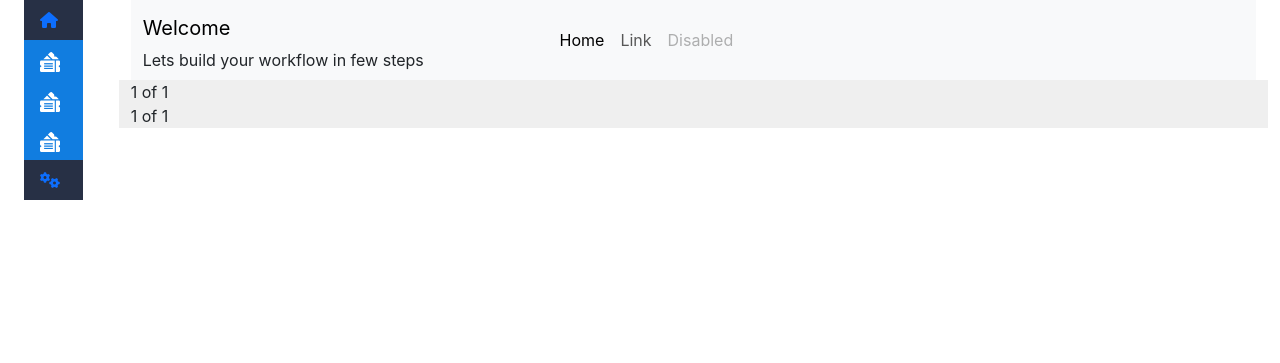
Repository: rishikarajeev/GL_HelpDesk
Page: /showtickets
These files come from the project's save history. The page is drawn as it stood at one moment and after a run of saves; the edit follows.
The browser window is 1280 px wide. The pictures show the whole page.
The project was rebuilt for these pictures with package versions that can differ from the ones it lists, and the page was loaded fresh each time. Also part of the build but not shown: src/App.css, src/Pages/HomePage.jsx.

Above is the page before, as saved 2024-01-08 20:47:24.

After the next 2 saves:
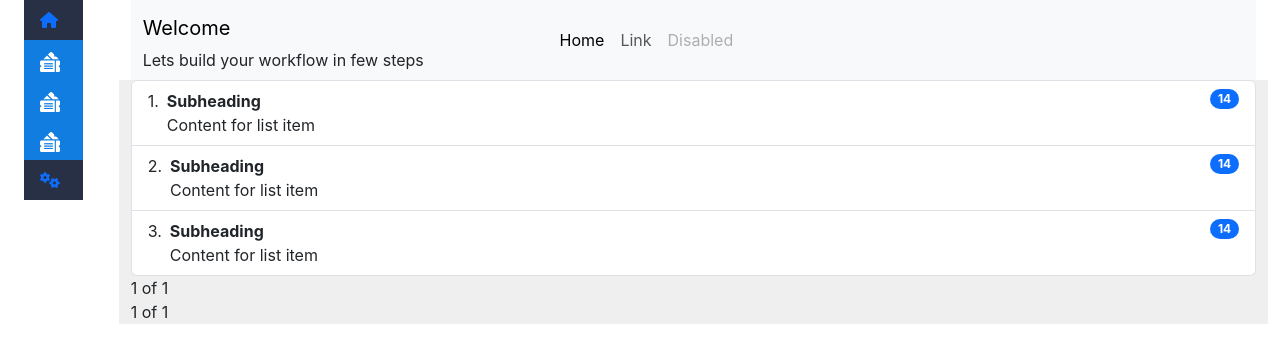
The 2 saves are shown as one change because they came seconds apart.
The last was saved 2 min 43 s later.
--- a/src/Pages/ViewTickets.jsx
+++ b/src/Pages/ViewTickets.jsx
@@ -6,6 +6,31 @@ function ViewTickets() {
   return (
 
   <Container fluid className='bgColor'>
+
+  <ol class="list-group list-group-numbered">
+  <li class="list-group-item d-flex justify-content-between align-items-start">
+    <div class="ms-2 me-auto">
+      <div class="fw-bold">Subheading</div>
+      Content for list item
+    </div>
+    <span class="badge bg-primary rounded-pill">14</span>
+  </li>
+  <li class="list-group-item d-flex justify-content-between align-items-start">
+    <div class="ms-2 me-auto">
+      <div class="fw-bold">Subheading</div>
+      Content for list item
+    </div>
+    <span class="badge bg-primary rounded-pill">14</span>
+  </li>
+  <li class="list-group-item d-flex justify-content-between align-items-start">
+    <div class="ms-2 me-auto">
+      <div class="fw-bold">Subheading</div>
+      Content for list item
+    </div>
+    <span class="badge bg-primary rounded-pill">14</span>
+  </li>
+</ol>
+
     <Row className="col-md-3 col-lg-2 d-md-block  sidebar align-items-end ">
       <Col>1 of 1</Col>
       <Col>1 of 1</Col>
